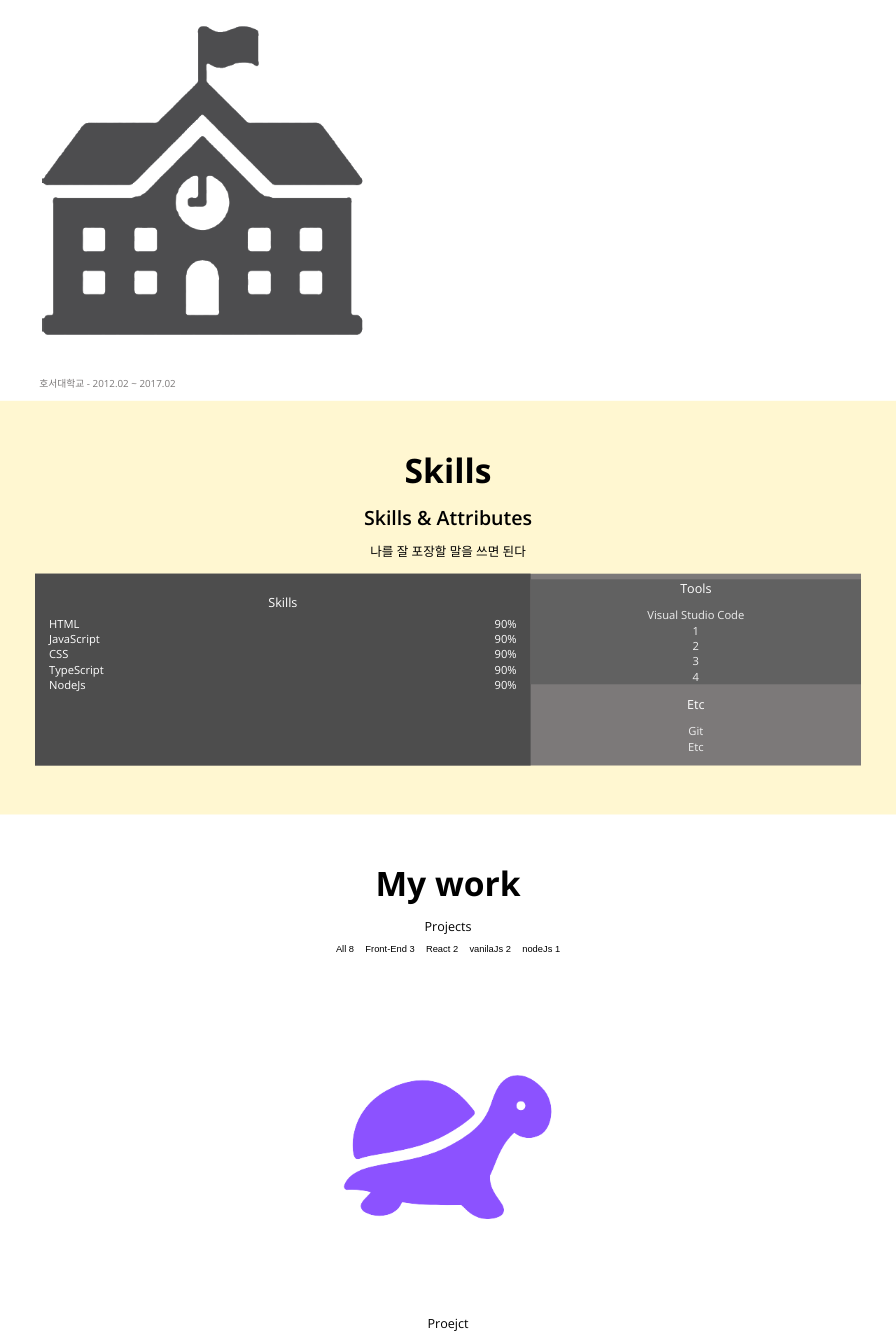
Repository: DevMinwoo-Jung/MinwooPortfolio
Page: index.html
These files come from the project's save history. The page is drawn as it stood at one moment and after the next save; the edit follows.
The browser window is 1280 px wide. The pictures show the part of the page from y = 2811 to 4731 px (the page is 7890 px tall), at 70% of full size.

Above is the page before, as saved 2021-05-31 14:55:59.

### index.html
<!DOCTYPE html>
<html lang="en">
<head>
  <meta charset="UTF-8">
  <meta http-equiv="X-UA-Compatible" content="IE=edge">
  <meta name="viewport" content="width=device-width, initial-scale=1.0">
  <title>Minwoo's Portfolio</title>
  <meta name="description" content="(will be) world-renowned Front-End Web developer Minwoo">
  <meta name="author" content= "Minwoo Jung">
  <link rel="icon" type ="image/png" href="imgs/favicon.png">
  <link rel="stylesheet" href="https://use.fontawesome.com/releases/v5.15.3/css/all.css" integrity="sha384-SZXxX4whJ79/gErwcOYf+zWLeJdY/qpuqC4cAa9rOGUstPomtqpuNWT9wdPEn2fk" crossorigin="anonymous">
  <link rel="preconnect" href="https://fonts.gstatic.com">
<link href="https://fonts.googleapis.com/css2?family=Open+Sans:wght@400;600;700&display=swap" rel="stylesheet">
<link rel="stylesheet" href="style.css">
<script src="main.js" defer></script>
</head>
<body>
  <h1>Heading</h1>
  <h2>Heading</h2>
  <h3>Heading</h3>
  <p>Paragraph</p>
  <!-- Navbar -->
  <nav id="navbar">
    <div class="navbar__logo">
      <img src="imgs/favicon.png" alt="">
      <a href="#">Minwoo</a>
    </div>
      <ul class="nvabar__menu">
        <li class="navbar__menu__item--active">Home</li>
        <li class="navbar__menu__item">About</li>
        <li class="navbar__menu__item">Skills</li>
        <li class="navbar__menu__item">My work</li>
        <li class="navbar__menu__item">Testimonial</li>
        <li class="navbar__menu__item">Contact</li>
      </ul>
  </nav>
  <!-- Home -->
  <section id="home">
    <img src="imgs/myPhoto.jpg" alt="Minwoo's profile photo" class="home__avatar">
    <h1 class="home__title">반갑습니다. <br> 프론트엔드 개발자 정민우입니다.</h1>
    <h2 class="home__description">멈추지 않는 개발자로 살아가고싶습니다.</h2>
    <button class="home__contact">Contact Me</button>
  </section>
  <!-- About -->
  <section id="about" class="section__container">
    <h1>About me</h1>
    <p>나를 나타내는 문장 문장 장문 문에 있는 고추장</p>
    <div class="about__majors">
      <div class="major">
        <div class="major__icon">
          <i class="fab fa-js-square"></i>
        </div>
        <h2 class="major__title">Front-End</h2>
        <div class="major__description">
          HTML, CSS, JavaScript, TypeScript
        </div>
      </div>
      <div class="major">
        <div class="major__icon">
          <i class="fab fa-node"></i>
        </div>
        <div class="major__title">Back-End</div>
        <div class="major__description">
          HTML, CSS, JavaScript, TypeScript
        </div>
      </div>
      <div class="major">
        <div class="major__icon">
          <i class="fab fa-react"></i>
        </div>
        <div class="major__title">Framework</div>
        <div class="major__description">
          HTML, CSS, JavaScript, TypeScript
        </div>
      </div>
    </div>
    <div class="aoubt__jobs">
      <div class="job">
        <img src="imgs/school.png" alt="" class="job__logo">
      </div>
      <div class="job__description">
        <p class="job__period">쌍용교육센터 - 2019.09 ~ 2020.04</p>
      </div>
      <div class="job">
        <img src="imgs/school.png" alt="" class="job__logo">
      </div>
      <div class="job__description">
        <p class="job__period">호서대학교 - 2012.02 ~ 2017.02</p>
      </div>
    </div>



  </section>
  <!-- Skills -->
  <section id="skills" class="section">
    <div class="section__container">
      <h1>Skills</h1>
      <h2>Skills & Attributes</h2>
      <p>
        나를 잘 포장할 말을 쓰면 된다
      </p>
      <div class="skillset">
        <div class="skillset__left">
          <h3 class="skillset__title">Skills</h3>
          <div class="skill">
            <div class="skill__description">
              <span>HTML</span>
              <span>90%</span>
            </div>
            <div class="skill__bar">
              <div class="skill__value"></div>
            </div>
          </div>
          <div class="skill">
            <div class="skill__description">
              <span>JavaScript</span>
              <span>90%</span>
            </div>
            <div class="skill__bar">
              <div class="skill__value"></div>
            </div>
          </div>
          <div class="skill">
            <div class="skill__description">
              <span>CSS</span>
              <span>90%</span>
            </div>
            <div class="skill__bar">
              <div class="skill__value"></div>
            </div>
          </div>
          <div class="skill">
            <div class="skill__description">
              <span>TypeScript</span>
              <span>90%</span>
            </div>
            <div class="skill__bar">
              <div class="skill__value"></div>
            </div>
          </div>
          <div class="skill">
            <div class="skill__description">
              <span>NodeJs</span>
              <span>90%</span>
            </div>
            <div class="skill__bar">
              <div class="skill__value"></div>
            </div>
          </div>
        </div>
        <div class="skillset__right">
          <div class="tools">
            <h3 class="skillset__title">Tools</h3>
            <ul class="tools__list">
              <li><span>Visual Studio Code</span></li>
              <li><span>1</span></li>
              <li><span>2</span></li>
              <li><span>3</span></li>
              <li><span>4</span></li>
            </ul>
          </div>
          <div class="etc">
            <h3 class="skillset__title">Etc</h3>
            <ul class="etc__list">
              <li><span>Git</span></li>
              <li><span>Etc</span></li>
            </ul>
          </div>
        </div>
      </div>
    </div>
  </section>
  <!-- Work -->
  <section id="work" class="section">
    <h1>My work</h1>
    <h3>Projects</h3>
    <div class="work__categories">
      <button class="category__btn">All <span class="category__count">8</span></button>
      <button class="category__btn">Front-End <span class="category__count">3</span></button>
      <button class="category__btn">React <span class="category__count">2</span></button>
      <button class="category__btn">vanilaJs <span class="category__count">2</span></button>
      <button class="category__btn">nodeJs <span class="category__count">1</span></button>
    </div>
    <div class="wrok__projects">
      <a href="mygithub" class="project__img" target="blank" data-type="back-end">
      <img src="imgs/favicon.png" alt="project1">
      <!-- 이미지 추후에 넣자 -->
      <div class="project__description">
        <h3>Proejct</h3>
        <span>Clone coding with HTML and CSS</span>
      </div>
      </a>
      <a href="mygithub" class="project__img" target="blank" data-type="back-end">
        <img src="imgs/favicon.png" alt="project1">
        <!-- 이미지 추후에 넣자 -->
        <div class="project__description">
          <h3>Proejct</h3>
          <span>Clone coding with HTML and CSS</span>
        </div>
        </a>
        <a href="mygithub" class="project__img" target="blank" data-type="back-end">
          <img src="imgs/favicon.png" alt="project1">
          <!-- 이미지 추후에 넣자 -->
          <div class="project__description">
            <h3>Proejct</h3>
            <span>Clone coding with HTML and CSS</span>
          </div>
          </a>
          <a href="mygithub" class="project__img" target="blank" data-type="back-end">
            <img src="imgs/favicon.png" alt="project1">
            <!-- 이미지 추후에 넣자 -->
            <div class="project__description">
              <h3>Proejct</h3>
              <span>Clone coding with HTML and CSS</span>
            </div>
            </a>
    </div>
  </section>
  <!-- Testimonials -->
  <section id="testimonials" class="section">
    <h1>Testmonials</h1>
    <h3>See what they say about me</h3>
    <div class="testmonials">
      <div class="testimonial">
        <img src="imgs/testimonail/people.jpg" alt="" class="testimonial__avatar">
        <div class="testimonail__speech-bubble">
          <p>qmffkqmffk</p>
          <p class="name"><a href="">이름</a>일한곳</p>
        </div>
      </div>
      <div class="testimonial">
        <img src="imgs/testimonail/people.jpg" alt="" class="testimonial__avatar">
        <div class="testimonail__speech-bubble">
          <p>qmffkqmffk</p>
          <p class="name"><a href="">이름</a>일한곳</p>
        </div>
      </div>
    </div>
  </section>
  <!-- Contact -->
  <section id="contact" class="section">
    <h1 class="contact__title">Let's talk</h1>
    <h2 class="contact__email">applejung312@gmail.com</h2>
    <div class="contact__links">
      <a href="https://github.com/DevMinwoo-Jung" target="_blank">
        <i class="fab fa-github"></i>
      </a>
      <a href="https://dev-minwoo.tistory.com/" target="_blank">
        <i class="fas fa-blog"></i>
      </a>
    </div>
    <p class="contact__right">
      2021 Minwoo Jung - All rights reseverd
    </p>
  </section>
</body>
</html>

### style.css
/* Global */
:root {
  /* Color */
  --color-white: #ffffff;
  --color-light-white: #eeeeee;
  --color-dark-white: #bdbdbd;
  --color-pink: #fe918d;
  --color-dark-pink: #ff6863;
  --color-dark-grey: #4d4d4d;
  --color-grey: #616161;
  --color-light-grey: #7c7979;
  --color-blue: #73aace;
  --color-yellow: #fff7d1;
  --color-orange: #feb546;
  --color-black: #000000;
  --color-dard-purple: rgb(78, 23, 69);

  /* Font size */
  --font-large: 48px;
  --font-medium: 28px;
  --font-regular: 18px;
  --font-small: 16px;
  --font-micro: 14px;

  /* Font weight */
  --weight-bold: 700;
  --weight-semi-bold: 600;
  --weight-regular: 400;

  /* Size */
  --size-border-radius: 4px;

  /* Animation Duration */
  --animation-duration: 300ms;
}

/* Universal tags */
* {
  box-sizing: border-box;
}

/* Typography */
h1 {
  font-size: var(--font-large);
  font-weight: var(--weight-bold);
  color: var(--color-black);
  margin: 16px 0px;
}

h2 {
  font-size: var(--font-medium);
  font-weight: var(--weight-semi-bold);
  color: var(--color-black);
  margin: 8px 0;
}

h3 {
  font-size: var(--font-regular);
  font-weight: var(--weight-regular);
  color: var(--color-black);
  margin: 8px 0;
}

p {
  font-size: var(--font-regular);
  font-weight: var(--weight-regular);
  color: var(--color-black);
  margin: 16px 0;
}

body {
  margin: 0;
  font-family: "Open Sans", sans-serif;
  cursor: default;
}

a {
  text-decoration: none;
  color: var(--color-white);
}

ul {
  list-style: none;
  padding-left: 0;
}

li {
  list-style: none;
}

button {
  background-color: transparent;
  cursor: pointer;
  border: none;
  outline: none;
}

/* Navbar */
#navbar {
  display: flex;
  justify-content: space-between;
  background-color: purple;
  align-items: center;
  color: var(--color-white);
  padding: 16px;
}

.navbar__menu {
  display: flex;
}

.navbar__menu__item {
  padding: 8px 12px;
  margin: 0 4px;
  cursor: pointer;
  border-radius: var(--size-border-radius);
}

.navbar__logo {
  font-size: var(--font-medium);
  font-weight: var(--weight-semi-bold);
}

.navbar__menu__item--active {
  border: 1px solid var(--color-white);
}

.navbar__menu__item:hover {
  background-color: var(--color-dard-purple);
}

/* Home */
#home {
  background: url("imgs/background\ Img.png") center/cover no-repeat;
  padding: 40px;
  text-align: center;
}

.home__avatar {
  width: 250px;
  height: 250px;
  border-radius: 50%;
  border: 2px solid var(--color-white);
}

.home__title,
.home__description {
  color: var(--color-white);
}

.home__contact {
  color: var(--color-white);
  font-size: var(--font-regular);
  font-weight: var(--weight-bold);
  margin: 24px;
  padding: 8px 12px;
  border: 2px solid (var(--color-white));
  border-radius: var(--size-border-radius);
}

/* Section common */
.section {
  margin: auto;
  padding: 50px;
  text-align: center;
}

.section__container {
  max-width: 1200px;
  margin: auto;
}

/* About */
.aoubt__majors {
  display: flex;
  justify-content: space-between;
  margin: 80px 0;
}

.major__icon {
  width: 170px;
  height: 170px;
  font-size: 70px;
  line-height: 170px;
  margin: auto;
  border: 1px solid var(--color-white);
  border-radius: 50%;
  margin-bottom: 16px;
  color: var(--color-blue);
}

.major__icon:hover i {
  color: var(--color-pink);
  transform: rotate(-30deg) scale(1.1);
}

.major__icon i {
  transition: all var(--animation-duration) ease;
}

/*
.major__icon i:hover{
  이렇게하면 i에 올려났을때만 변하지만
  위처럼하면 icon에 올렸을때 i만 변한다
  color: var(--color-pink);
  transform: rotate(-30deg) scale(1.1);
} */

.major__title,
.major__description {
  color: var(--color-dark-grey);
}

.major__description {
  font-size: var(--font-small);
}

.job {
  display: flex;
  align-items: center;
}

.job__description {
  margin: 0 16px;
  text-align: left;
}

.job__name,
.job__period {
  color: var(--color-light-grey);
}

.job__name {
  font-size: var(--font-small);
}

.job__period {
  font-size: var(--font-micro);
}

/* Skill */
#skills {
  background-color: var(--color-yellow);
}

.skillset {
  display: flex;
  background-color: var(--color-light-grey);
  color: var(--color-light-white);
  margin: 20px 0;
}

.skillset__title {
  color: var(--color-white);
}

.skillset__left {
  flex-basis: 60%;
  background-color: var(--color-dark-grey);
  color: var(--color-white);
  padding: 20px;
}

.skill__description {
  display: flex;
  justify-content: space-between;
}

.skillset__right {
  flex-basis: 40%;
}

.tools {
  background-color: var(--color-grey);
}

Loaded but not shown: main.js (no copy from this time; the picture is the same without it)

After the next save:
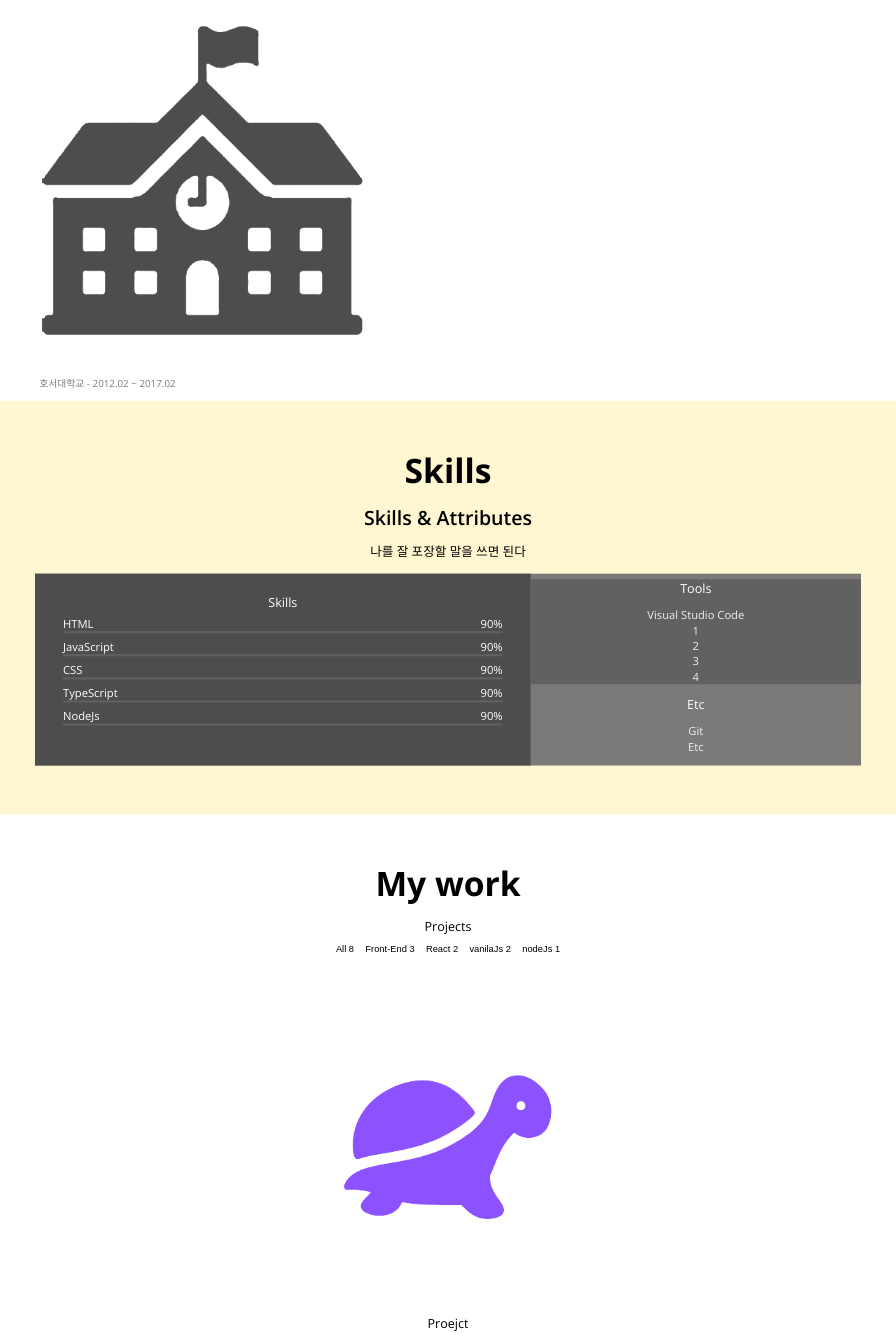
Saved 2 min 28 s later.
--- a/style.css
+++ b/style.css
@@ -258,7 +258,7 @@ button {
   flex-basis: 60%;
   background-color: var(--color-dark-grey);
   color: var(--color-white);
-  padding: 20px;
+  padding: 20px 40px;
 }
 
 .skill__description {
@@ -273,3 +273,13 @@ button {
 .tools {
   background-color: var(--color-grey);
 }
+
+.skill__bar {
+  width: 100%;
+  height: 3px;
+  background-color: var(--color-grey);
+}
+
+.skill {
+  margin-bottom: 8px;
+}
